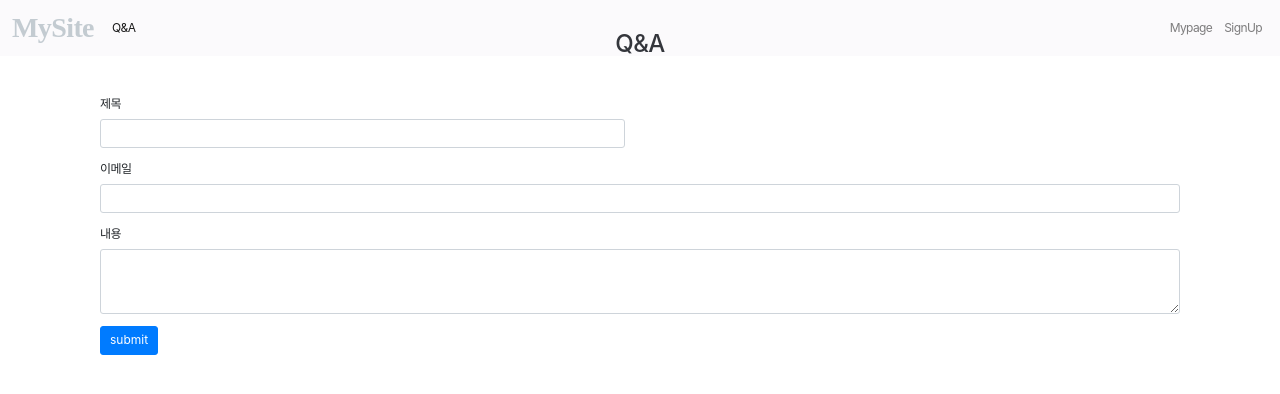
Repository: JungSWon/Project
Page: http://localhost/qna
The author's editor kept a record of every edit. The page is drawn from the files as they stood at one moment, then again after the next edit.
The browser window is 1280 px wide. The pictures show the whole page.
Some web fonts or font styles are not loaded; a fallback is used. The page is served by the project's application, run on Django 2.2 (pj05/manage.py).

Above is the page before.

After the next edit:
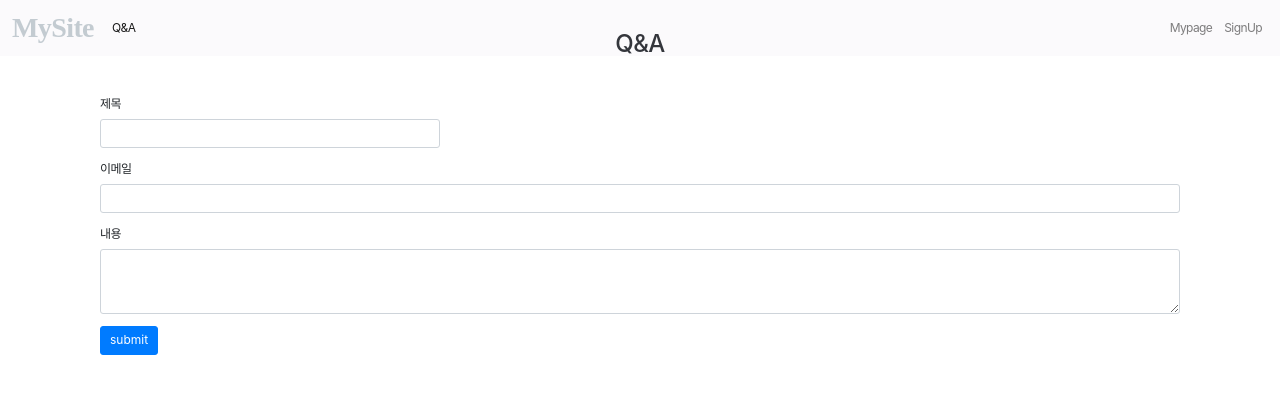
The edit:
--- a/05_detail/pj05/detail/templates/qna.html
+++ b/05_detail/pj05/detail/templates/qna.html
@@ -15,7 +15,7 @@
     <form>
         <div class='container'>
             <div class= 'row'>
-                <div class="col-lg-6 form-group">
+                <div class="col-lg-4  col-md-12 form-group">
                   <label for="exampleFormControlInput1">제목</label>
                   <input type="email" class="form-control" id="exampleFormControlInput1" >
                 </div>
